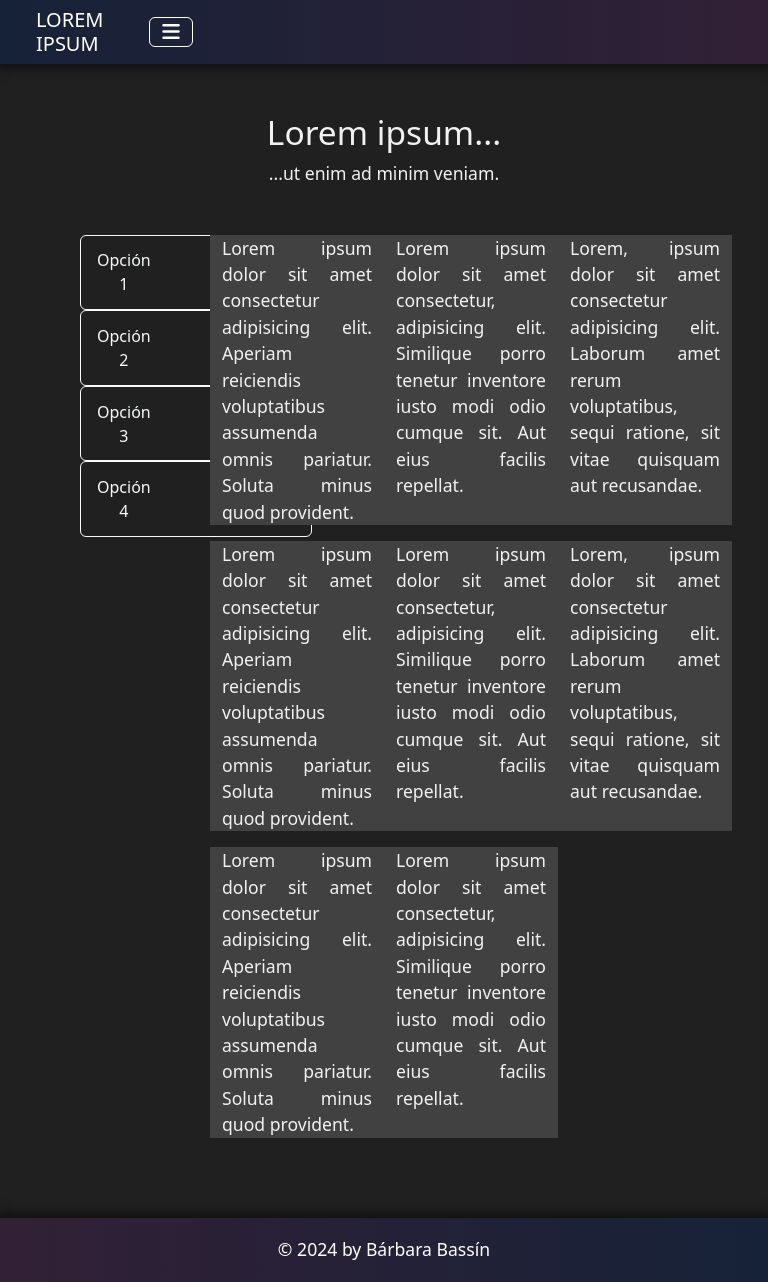
Repository: romancegirl/responsiveness
Page: index.html
The author's editor kept a copy of each file at every save. The page is drawn from the files as they stood at one save, then again after the next save.
The browser window is 768 px wide. The pictures show the whole page.

Above is the page before, as saved 2024-11-29 20:22:14.

### index.html
<!DOCTYPE html>
<html lang="en">

<head>
    <meta charset="UTF-8">
    <meta name="viewport" content="width=device-width, initial-scale=1.0">
    <title>Responsiveness - Bárbara Bassín</title>
    <link href="https://cdn.jsdelivr.net/npm/bootstrap@5.3.0/dist/css/bootstrap.min.css" rel="stylesheet">
    <link rel="stylesheet" href="https://cdnjs.cloudflare.com/ajax/libs/font-awesome/6.0.0-beta3/css/all.min.css">
    <link rel="stylesheet" href="css/header-and-footer.css">
    <link rel="stylesheet" href="css/styles.css">
</head>

<body>
    <!-- Header -->
    <header class="py-2">
        <div class="container d-flex align-items-center justify-content-between" id="profile">
            <h5 class="m-0">LOREM IPSUM</h5>
            <nav class="navbar navbar-expand-lg">
                <button class="navbar-toggler" type="button" data-bs-toggle="collapse" data-bs-target="#navbarNav"
                    aria-controls="navbarNav" aria-expanded="false" aria-label="Toggle navigation">
                    <i class="fas fa-bars"></i>
                </button>
                <div class="collapse navbar-collapse" id="navbarNav">
                    <ul class="navbar-nav">
                        <li class="nav-item"><a class="nav-link">Dolor</a></li>
                        <li class="nav-item"><a class="nav-link">Sit</a></li>
                        <li class="nav-item"><a class="nav-link">Amet</a></li>
                        <li>
                            <div class="search-container">
                                <form action="/action_page.php">
                                    <div class="input-group">
                                        <input type="text" class="form-control" placeholder="Search..." name="search">
                                        <button type="submit" class="btn">
                                            <i class="fa fa-search"></i>
                                        </button>
                                    </div>
                                </form>
                            </div>
                        </li>
                    </ul>

                </div>
            </nav>
        </div>
    </header>



    <!-- Main -->
    <main class="container my-5">
        <div>
            <h1>Lorem ipsum...</h1>
            <div id="textCarousel" class="carousel slide" data-bs-ride="carousel" data-bs-interval="2000">
                <div class="carousel-inner">
                    <div class="carousel-item active">
                        <p>...olor sit amet, consectetur adipiscing elit...</p>
                    </div>
                    <div class="carousel-item">
                        <p>...sed do eiusmod tempor incididunt ut labore...</p>
                    </div>
                    <div class="carousel-item">
                        <p>...ut enim ad minim veniam.</p>
                    </div>
                </div>
            </div>
        </div>



        <div class="container inside">
            <div class="row">
                <div class="col-3">
                    <ul>
                        <li><button type="button" class="btn btn-outline-light">Opción 1</button></li>
                        <li><button type="button" class="btn btn-outline-light">Opción 2</button></li>
                        <li><button type="button" class="btn btn-outline-light">Opción 3</button></li>
                        <li><button type="button" class="btn btn-outline-light">Opción 4</button></li>
                    </ul>
                </div>
                <div class="col-9">
                    <div class="row">
                        <div class="col-6 col-md-4 paragraph">
                            <div></div>Lorem ipsum dolor sit amet consectetur adipisicing elit.
                            Aperiam
                            reiciendis
                            voluptatibus assumenda omnis pariatur. Soluta minus quod provident.
                        </div>
                        <div class="col-6 col-md-4 paragraph">Lorem ipsum dolor sit amet consectetur, adipisicing elit.
                            Similique porro
                            tenetur inventore iusto modi odio cumque sit. Aut eius facilis repellat.</div>
                        <div class="col-6 col-md-4 paragraph">Lorem, ipsum dolor sit amet consectetur adipisicing elit.
                            Laborum
                            amet rerum
                            voluptatibus, sequi ratione, sit vitae quisquam aut recusandae.</div>
                        <div class="col-6 col-md-4 paragraph">Lorem ipsum dolor sit amet consectetur adipisicing elit.
                            Aperiam
                            reiciendis
                            voluptatibus assumenda omnis pariatur. Soluta minus quod provident.</div>
                        <div class="col-6 col-md-4 paragraph">Lorem ipsum dolor sit amet consectetur, adipisicing elit.
                            Similique porro
                            tenetur inventore iusto modi odio cumque sit. Aut eius facilis repellat.</div>
                        <div class="col-6 col-md-4 paragraph">Lorem, ipsum dolor sit amet consectetur adipisicing elit.
                            Laborum
                            amet rerum
                            voluptatibus, sequi ratione, sit vitae quisquam aut recusandae.</div>
                        <div class="col-6 col-md-4 paragraph">Lorem ipsum dolor sit amet consectetur adipisicing elit.
                            Aperiam
                            reiciendis
                            voluptatibus assumenda omnis pariatur. Soluta minus quod provident.</div>
                        <div class="col-6 col-md-4 paragraph">Lorem ipsum dolor sit amet consectetur, adipisicing elit.
                            Similique porro
                            tenetur inventore iusto modi odio cumque sit. Aut eius facilis repellat.</div>
                    </div>
                </div>

            </div>


        </div>



    </main>

    <!-- Footer -->
    <footer class="bg-dark text-center py-2">
        <div>&copy; 2024 by Bárbara Bassín</div>
    </footer>
    <script src="js/script.js"></script>
    <script src="https://cdn.jsdelivr.net/npm/bootstrap@5.3.0/dist/js/bootstrap.bundle.min.js"></script>
</body>

</html>

### css/header-and-footer.css
header {
    background: linear-gradient(to right, #162238, #322036);
    color: #fff;
    position: relative;
    box-shadow: 0 0 10px 5px rgba(0, 0, 0, 0.5);
}

main {
    min-height: 70vh;
    padding-bottom: 1rem;
    box-sizing: border-box;
}

a.nav-link {
    color: #f1f1f1;
}

a.nav-link:hover {
    color: #f6c7de;
    transition: color 0.3s, text-shadow 0.3s;
    transform: scale(1.05);
}

.search-container {
    display: flex;
    justify-content: center;
    align-items: center;
    position: relative;
}

.input-group .form-control {
    padding-right: 2.5rem;
    font-size: 17px;
    border: 0.2rem solid #d98fe9;
}

.input-group .btn {
    position: absolute;
    right: 1rem;
    top: 50%;
    transform: translateY(-50%);
    background-color: transparent;
    border: none;
    padding: 0;
    cursor: pointer;
}

.input-group .btn .fa-search {
    color: #d98fe9;
    font-size: 1.2rem;
}

.navbar-nav .nav-item {
    margin: 0 3rem 0 3rem;
}


/* navbar-toggle */

.navbar-toggler {
    border-color: #fff;
}

.navbar-toggler .fas {
    color: #fff;
    /* Cambia el color del ícono */
}

.navbar-collapse {
    justify-content: flex-end;
}

.navbar-toggler:hover {
    cursor: pointer;
}

.navbar-toggler:focus {
    outline: none;
    box-shadow: none;
}

@media (max-width: 995px) {

    .navbar-collapse {
        display: none;
        position: absolute;
        top: 134%;
        left: -55px;
        width: 100%;
        z-index: 999;
        flex-direction: column-reverse;
        align-items: center;
    }

    .navbar-collapse.show {
        display: flex;
    }

    .navbar {
        width: 100%;
    }

    .navbar-nav {
        background: linear-gradient(to right, #162238d9, #322036e7);
        color: #fff;
        padding: 1.5rem;
        border-radius: 0 0 100px 100px;
        font-weight: bold;
        text-align: center;
    }

    .navbar-nav:hover {
        cursor: pointer;

    }

    a.nav-link:hover {
        color: #f6c7de;
        transition: color 0.3s, text-shadow 0.3s;
        transform: scale(1.05);
    }

    .navbar-nav .nav-item {
        margin: 10px 0;
    }

    .navbar a,
    .navbar input[type=text] {
        float: none;
        display: block;
        text-align: left;
        width: 100%;
        margin: 0;
        padding: 0.5rem;
    }

    .navbar .search-container {
        float: none;
    }

    .navbar .search-container button {
        align-items: right;
    }

    .navbar a,
    .navbar input[type=text] {
        float: none;
        display: block;
        text-align: center;
        width: 100%;
        margin: 0;
        padding: 0.2rem;
    }

    .navbar input[type=text] {
        border-radius: 0.2rem;
        border: 0.2rem solid #b556db98;
    }

}

footer {
    background: linear-gradient(to right, #322036, #162238);
    color: #fff;
    bottom: 0;
    min-height: 4rem;
    display: flex;
    justify-content: center;
    align-items: center;
    box-shadow: 0 0 10px 5px rgba(0, 0, 0, 0.5);
}

### css/styles.css
body {
    background-color: #202020;
    color: #f1f1f1;
    font-size: 110%;
}

/* Profile and resume */

.profile-photo {
    width: 250px;
    height: 250px;
    border: #a5c3ffcd;
    border-style: double;
    border-width: 5px;
    border-radius: 70px;
    display: flex;
    justify-content: center;
    align-items: center;
    overflow: hidden;
    /* Oculta cualquier parte de la imagen que se desborde */
    float: right;
}

/* titles */

h1 {
    text-align: center;
}

h2,
h3,
h4 {
    background: linear-gradient(#d98fe9, #5E91FA);
    -webkit-background-clip: text;
    background-clip: text;
    -webkit-text-fill-color: transparent;
}

h5 {
    margin: 0;
}

/* General */

#textCarousel {
    width: 40rem;
    margin: auto;
}

p {
    text-align: center;
}

.row {
    text-align: justify;
}

.paragraph {
margin-bottom: 1rem;
background-color: #414141;
}

.inside {
    margin-top: 2rem;
}

.btn-outline-light {
    padding: 0.8rem 10rem 0.8rem 1rem;
}

li {
    list-style: none;
}

/* Responsiveness */

.title-small,
.title-x-small {
    display: none;
}

@media screen and (max-width: 1400px) {

    .title-large,
    .title-x-small {
        display: none;
    }

    .title-small {
        display: block;
    }
}

@media screen and (max-width: 768px) {

    .title-large,
    .title-small {
        display: none;
    }

    .title-x-small {
        display: block;
        text-align: center;

    }

    #textCarousel {
        max-width: 90%; /* Usa un tamaño relativo en lugar de fijo */
    }
}

### js/script.js
document.addEventListener('click', function(event) {
    var navbar = document.querySelector('.navbar-collapse');
    var toggler = document.querySelector('.navbar-toggler');

    // Si el menú está abierto y se hace clic fuera de él, lo cierra
    if (navbar.classList.contains('show') && !navbar.contains(event.target) && !toggler.contains(event.target)) {
        var bsCollapse = new bootstrap.Collapse(navbar, {
            toggle: false
        });
        bsCollapse.hide();
    }
});

// Cerrar el menú automáticamente al hacer clic en cualquier enlace
var navLinks = document.querySelectorAll('.nav-link');
navLinks.forEach(function(link) {
    link.addEventListener('click', function() {
        var navbar = document.querySelector('.navbar-collapse');
        var bsCollapse = new bootstrap.Collapse(navbar, {
            toggle: false
        });
        bsCollapse.hide();
    });
});

After the next save:
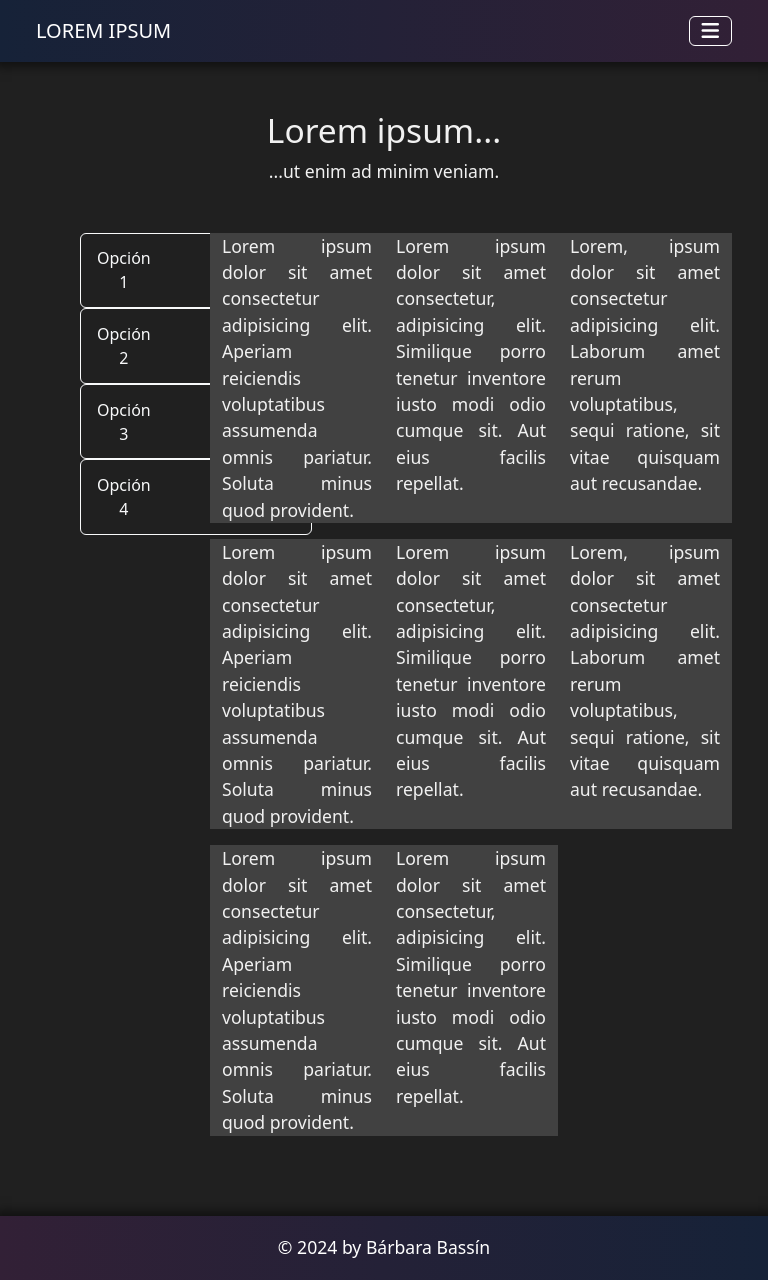
Saved 17 s later.
--- a/css/header-and-footer.css
+++ b/css/header-and-footer.css
@@ -96,9 +96,7 @@ a.nav-link:hover {
         display: flex;
     }
 
-    .navbar {
-        width: 100%;
-    }
+
 
     .navbar-nav {
         background: linear-gradient(to right, #162238d9, #322036e7);
